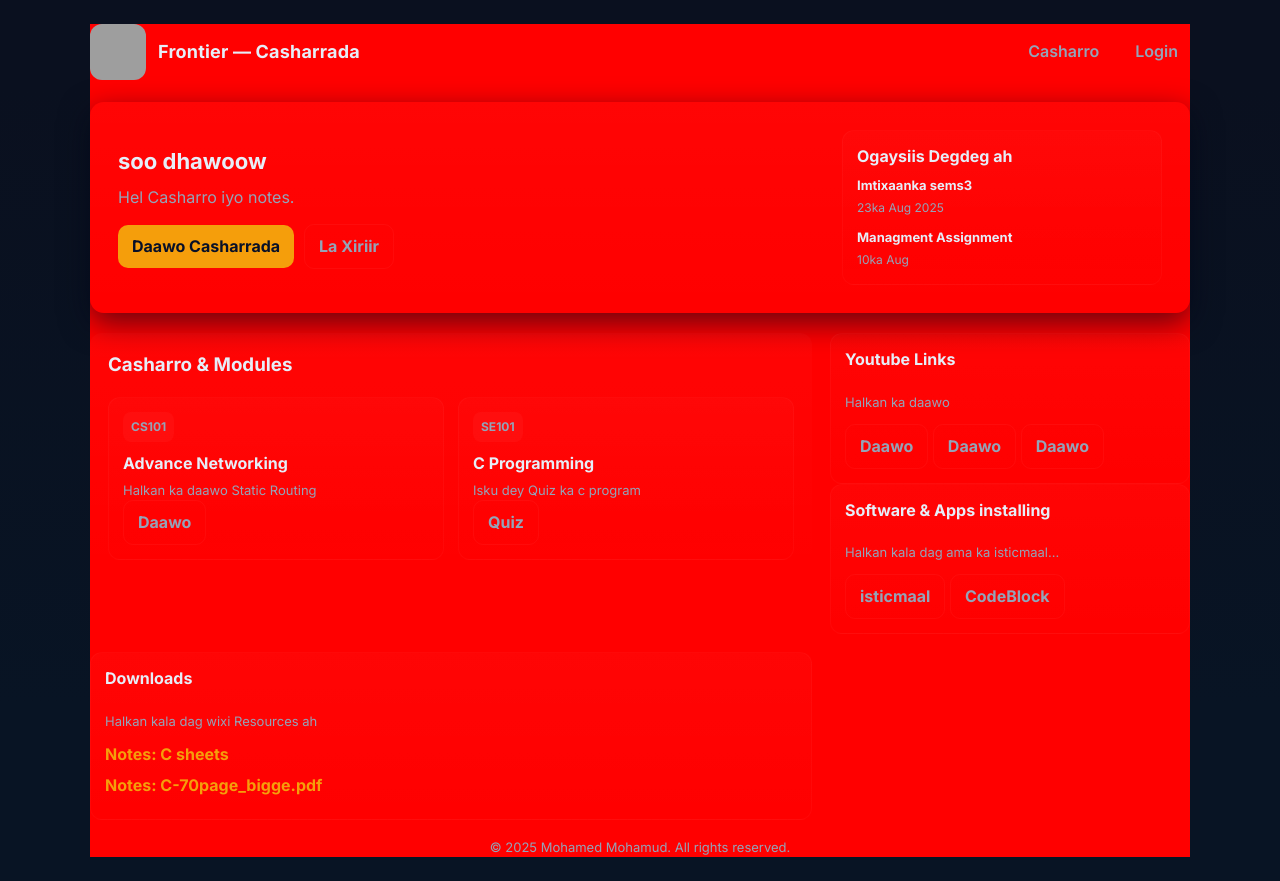
Repository: mrfiiqane/Al-Tacaawun.com
Page: index.html
The author's editor kept a copy of each file at every save. The page is drawn from the files as they stood at one save, then again after the next save.
The browser window is 1280 px wide. The pictures show the whole page.
Pictures or frames that could not be fetched are drawn as grey boxes.

Above is the page before, as saved 2025-08-12 08:54:53.

After the next save:
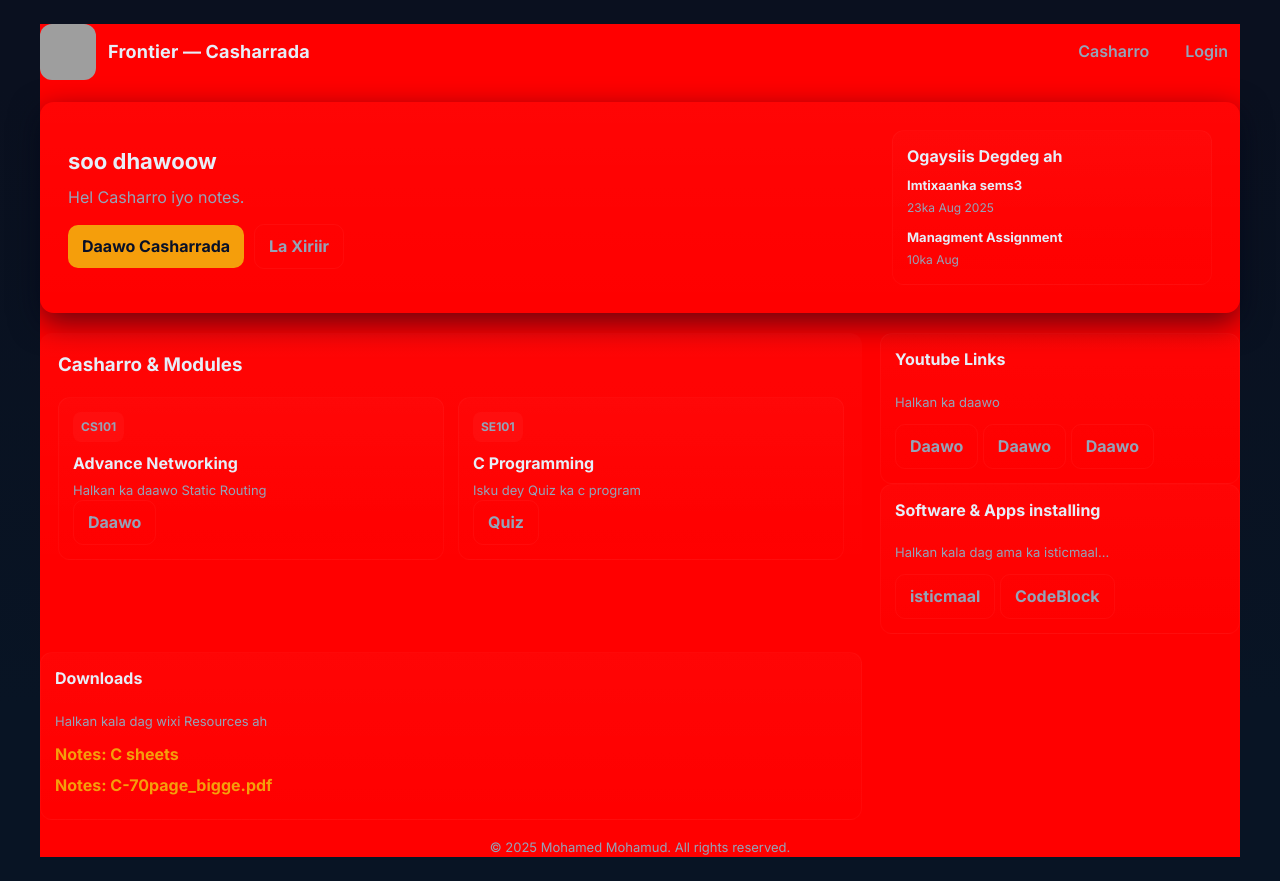
Saved 8 s later.
--- a/style.css
+++ b/style.css
@@ -5,7 +5,7 @@
       --muted:#94a3b8;
       --glass: rgba(255,255,255,0.04);
       --radius:14px;
-      --maxw:1100px;
+      --maxw:1200px;
       font-family: "Inter", system-ui, -apple-system, "Segoe UI", Roboto, "Helvetica Neue", Arial;
     }
     *{box-sizing:border-box}
